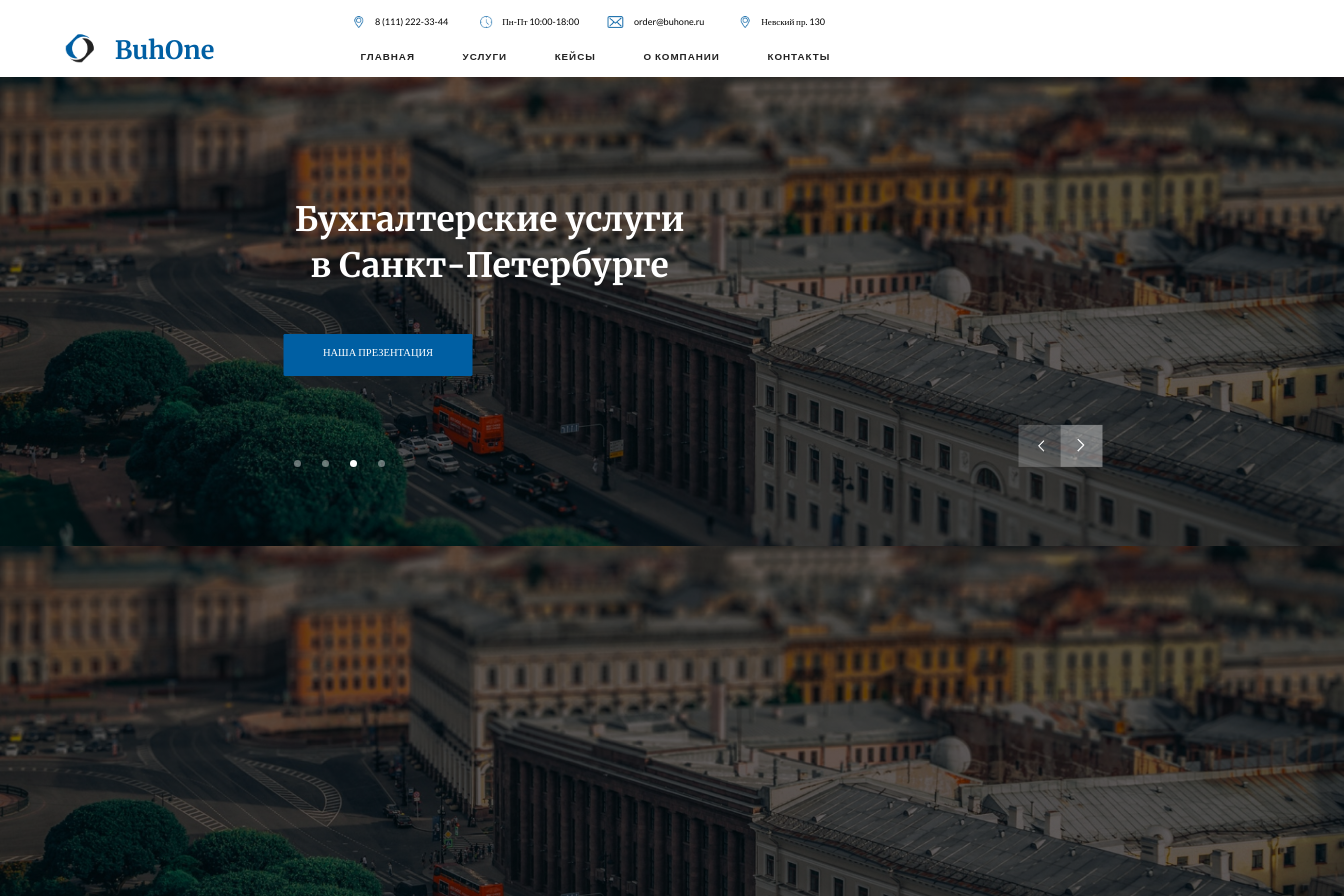
Repository: ZetsubouBilly/test
Page: index.html
An editor plug-in stored every save of this project. The page is shown before and after the next save, followed by the edit.
The browser window is 1280 px wide. The page is 1920 px wide, so the pictures cover 1920 px, including what lies to the right of the window. The pictures show the part of the page from y = 0 to 1280 px (the page is 2267 px tall), at 70% of full size.

Above is the page before, as saved 2023-05-13 15:31:13.

After the next save:
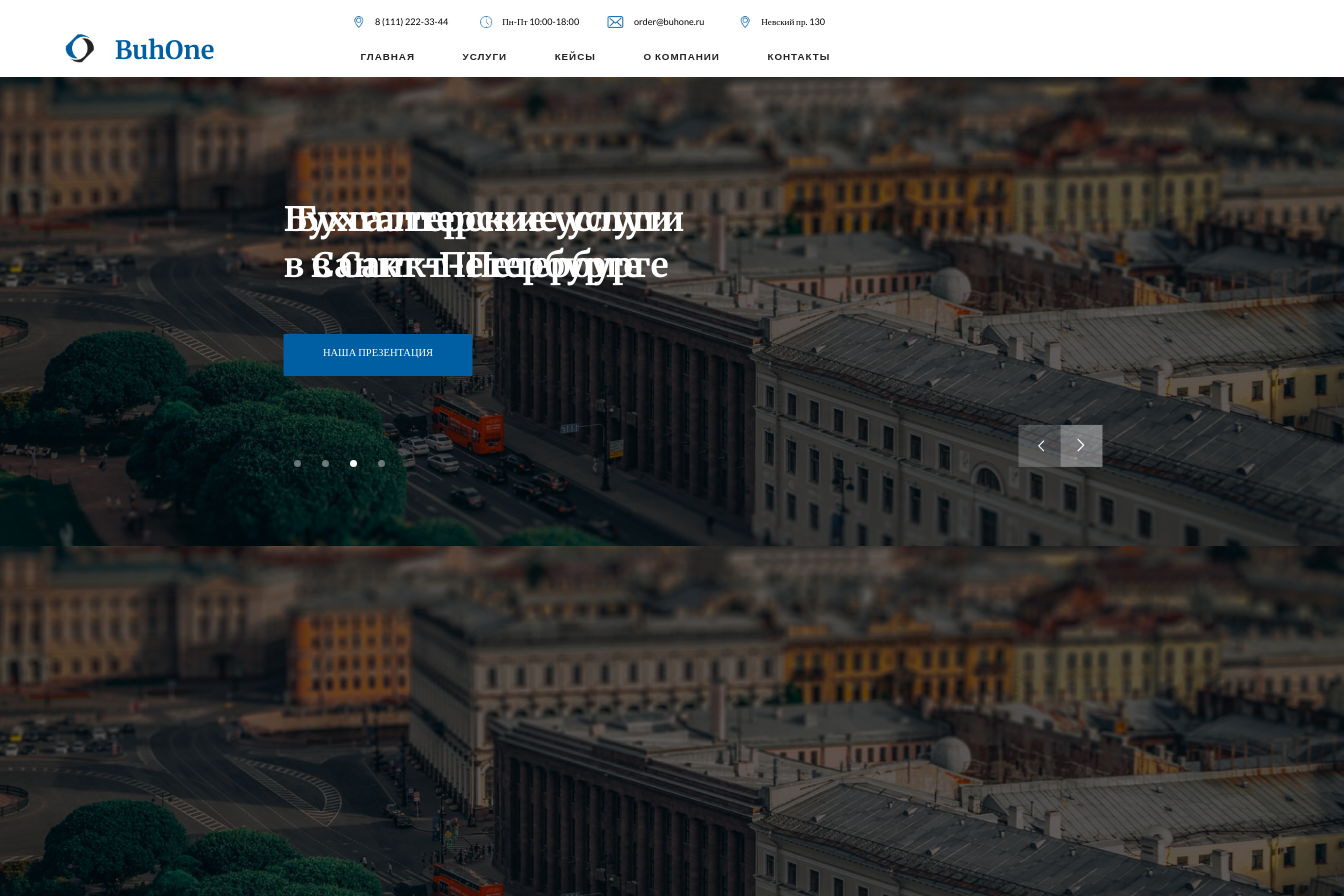
Saved 42 s later.
--- a/index.html
+++ b/index.html
@@ -113,7 +113,7 @@
 
 <div class="intro" id="intro">
     <div class="container">
-
+        <h1 class="intro__title">Бухгалтерские услуги в Санкт-Петербурге</h1>
     </div>
 </div>
 
